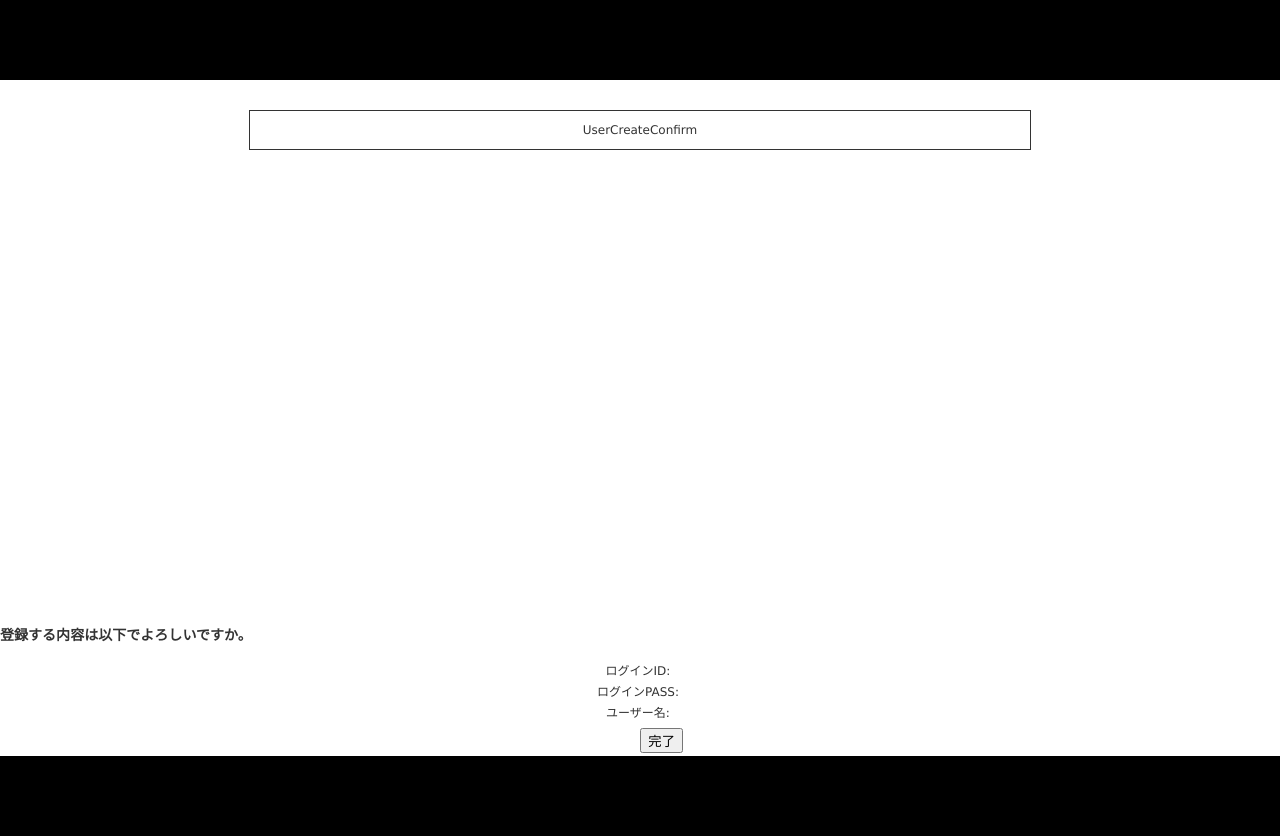
Repository: watasyaada/test
Page: http://localhost/template/userCreateConfirm.jsp
These files come from the project's save history. The page is drawn as it stood at one moment and after the next save; the edit follows.
The browser window is 1280 px wide. The pictures show the whole page.
The page is served by Tomcat 9. Other server files are loaded and not shown.

Above is the page before, as saved 2018-06-20 07:36:41.

### template/WebContent/userCreateConfirm.jsp
<%@ page language="java" contentType="text/html; charset=UTF-8"
    pageEncoding="UTF-8"%>
<%@ taglib prefix="s" uri="/struts-tags" %>
<!DOCTYPE html>
<html>
<head>
<meta http-equiv="Content-Type" content="text/html; charset=UTF-8">
<meta http-equiv="Content-Style-Type" content="text/css" />
<meta http-equiv="Content-Script-Type" content="text/javascript" />
<meta http-equiv="imagetoolbar" content="no" />
<meta name="description" content="" />
<meta name="keywords" content="" />
<title>UserCreateConfirm画面</title>

<style type="text/css">
/* ========TAG LAYOUT======== */

body{
margin:0;
padding:0;
line-height:1.6
letter-spacing:1px;
font-family:Verdana,Helvetica, sans-serif;
font-size:12px;
color:#333;
background:#fff;
}

table{
text-align:center;
margin:0 auto;
}
/* ========ID LAYOUT======== */
#top{
width:780px;
margin:30px auto;
border:1px solid #333;
}

#header{
width: 100%;
height: 80px;
background-color: black;
}

#main{
width: 100%;
height: 500px;
text-align: center;
}
#footer{
width: 100%;
height: 80px;
background-color:black;
clear:both;
}
       </style>
</head>
<body>
      <div id="header">
               <div id="pr">
               </div>
     </div>
     <div id="main">
              <div id="top">
                     <p>UserCreateConfirm</p>
              </div>
     </div>
     <div>
            <h3>登録する内容は以下でよろしいですか。</h3>
            <table>
                   <s:form action="UserCreateCompleteAction">
                   <tr id="box">
                           <td>
                                <label>ログインID:</label>
                           </td>
                           <td>
                                  <s:property value="loginUserId" escape="false" />
                           </td>
                   </tr>
                   <tr id="box">
                           <td>
                                  <label>ログインPASS:</label>
                           </td>
                           <td>
                                  <s:property value="loginPassword" escape="false" />
                           </td>
                                 <tr id="box">
                                    <td>
                                         <label>ユーザー名:</label>
                                    </td>
                                    <td>
                                         <s:property value="userName" escape="false" />
                                    </td>
                                </tr>
                                <tr>
                                    <td>
                                         <s:submit value="完了" />
                                    </td>
                                </tr>
                         </s:form>
                 </table>
           </div>
      </div>
      <div id="footer">
              <div id="pr">
              </div>
        </div>
</body>
</html>

After the next save:
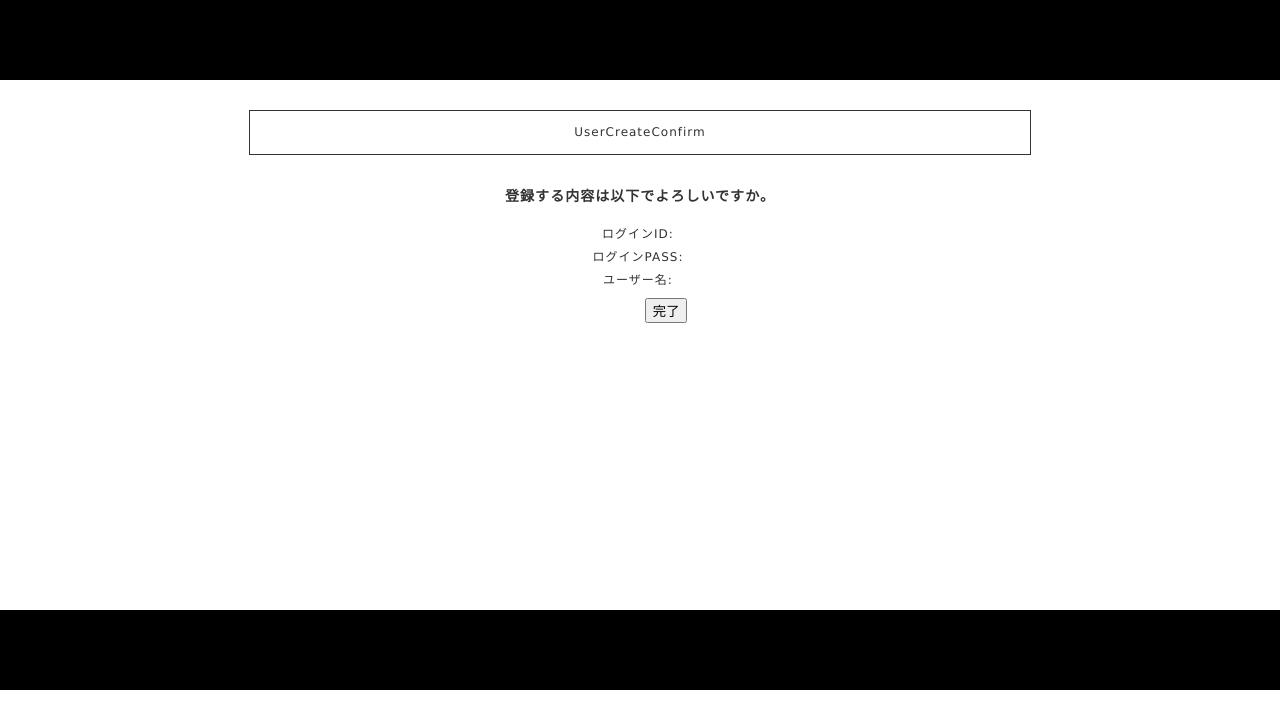
Saved 4 min 8 s later.
--- a/template/WebContent/userCreateConfirm.jsp
+++ b/template/WebContent/userCreateConfirm.jsp
@@ -4,7 +4,7 @@
 <!DOCTYPE html>
 <html>
 <head>
-<meta http-equiv="Content-Type" content="text/html; charset=UTF-8">
+<meta http-equiv="Content-Type" content="text/html; charset=UTF-8" />
 <meta http-equiv="Content-Style-Type" content="text/css" />
 <meta http-equiv="Content-Script-Type" content="text/javascript" />
 <meta http-equiv="imagetoolbar" content="no" />
@@ -18,7 +18,7 @@
 body{
 margin:0;
 padding:0;
-line-height:1.6
+line-height:1.6;
 letter-spacing:1px;
 font-family:Verdana,Helvetica, sans-serif;
 font-size:12px;
@@ -65,8 +65,8 @@
               <div id="top">
                      <p>UserCreateConfirm</p>
               </div>
-     </div>
      <div>
+
             <h3>登録する内容は以下でよろしいですか。</h3>
             <table>
                    <s:form action="UserCreateCompleteAction">
@@ -85,6 +85,7 @@
                            <td>
                                   <s:property value="loginPassword" escape="false" />
                            </td>
+                  </tr>
                                  <tr id="box">
                                     <td>
                                          <label>ユーザー名:</label>
